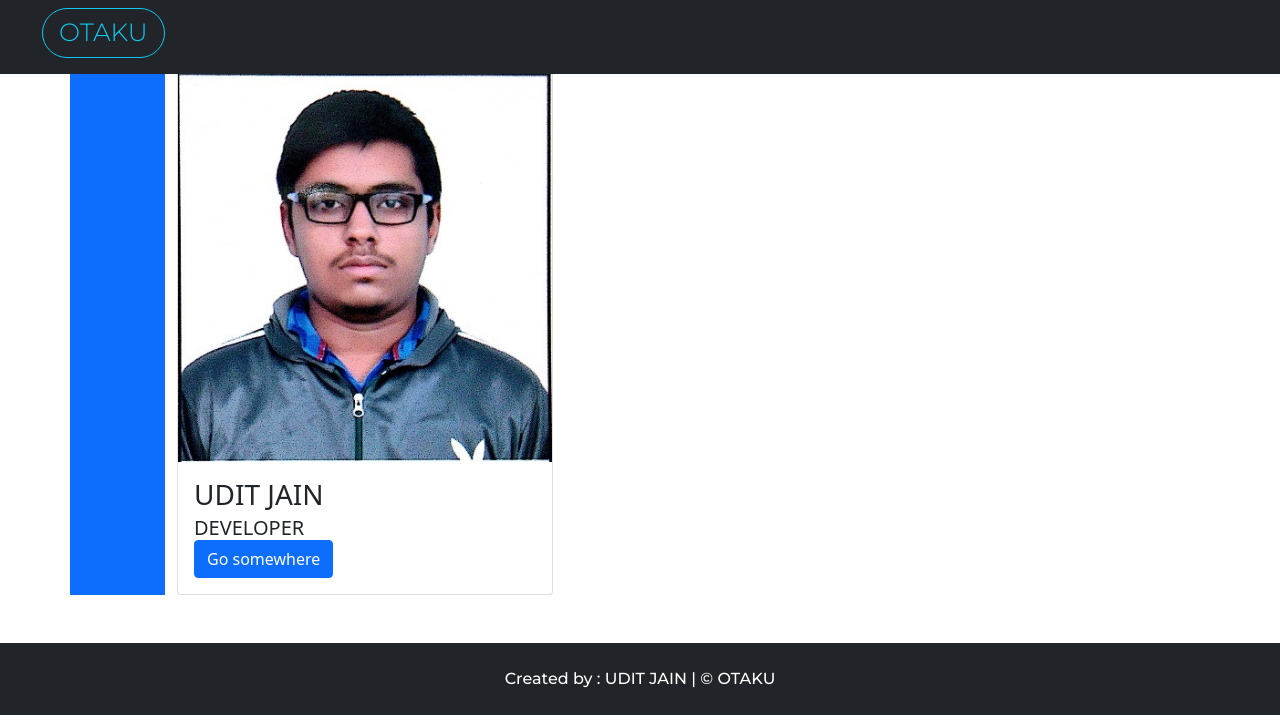
Repository: uditjain100/Responsive-Resume
Page: layouts/index.html
An editor plug-in stored every save of this project. The page is shown before and after the next save, followed by the edit.
The browser window is 1280 px wide. The pictures show the whole page.
Some web libraries are served in a nearby version.

Above is the page before, as saved 2021-03-01 13:42:12.

### layouts/index.html
<!DOCTYPE html>
<html lang="en">
  <head>
    <meta charset="UTF-8" />
    <meta http-equiv="X-UA-Compatible" content="IE=edge" />
    <meta name="viewport" content="width=device-width, initial-scale=1.0" />
    <title>Udit Jain</title>
    <link rel="stylesheet" href="app.css" />
    <link
      href="https://cdn.jsdelivr.net/npm/bootstrap@5.0.0-beta1/dist/css/bootstrap.min.css"
      rel="stylesheet"
      integrity="sha384-giJF6kkoqNQ00vy+HMDP7azOuL0xtbfIcaT9wjKHr8RbDVddVHyTfAAsrekwKmP1"
      crossorigin="anonymous"
    />

    <link rel="preconnect" href="https://fonts.gstatic.com" />
    <link
      href="https://fonts.googleapis.com/css2?family=Montserrat:wght@300;500&display=swap"
      rel="stylesheet"
    />
    <link
      href="https://fonts.googleapis.com/css2?family=Roboto+Slab:wght@300&display=swap"
      rel="stylesheet"
    />
    <link
      href="https://fonts.googleapis.com/css2?family=Spartan:wght@500&display=swap"
      rel="stylesheet"
    />
    <link
      href="https://fonts.googleapis.com/css2?family=Red+Hat+Display&display=swap"
      rel="stylesheet"
    />
    <link
      href="https://fonts.googleapis.com/css2?family=Ubuntu:wght@300&display=swap"
      rel="stylesheet"
    />
    <link
      href="https://fonts.googleapis.com/css2?family=Quicksand:wght@700&display=swap"
      rel="stylesheet"
    />
    <link
      href="https://fonts.googleapis.com/css2?family=Nunito&display=swap"
      rel="stylesheet"
    />
  </head>
  <body>
    <header class="header">
      <nav class="navbar navbar-expand-lg navbar-light bg-dark pb-3 fixed-top">
        <div class="container-fluid">
          <a
            id="navtitle"
            class="navbar-brand text-info px-3 rounded-pill border border-info"
            href="#"
            >OTAKU</a
          >
        </div>
      </nav>
    </header>

    <div class="container">
      <div id="wholewindow" class="row">
        <div class="col-1 bg-primary"></div>
        <div id="leftwindow" class="col-5">
          <div class="card col-10">
            <img src="profile.jpg" class="card-img-top" alt="..." />
            <div class="card-body">
              <h3 class="card-title">UDIT JAIN</h5>
                <h5 class="card-subtitle"> DEVELOPER </h5>
              <a href="#" class="btn btn-primary">Go somewhere</a>
            </div>
          </div>
        </div>
        <div id="rightwindow" class="col-6"></div>
      </div>
    </div>

    <footer class="footer bg-dark mt-5 py-4">
      <div class="container">
        <span class="" style="text-align: center"
          >Created by : UDIT JAIN | &copy; OTAKU</span
        >
      </div>
    </footer>

    <script
      src="https://cdn.jsdelivr.net/npm/@popperjs/core@2.6.0/dist/umd/popper.min.js"
      integrity="sha384-KsvD1yqQ1/1+IA7gi3P0tyJcT3vR+NdBTt13hSJ2lnve8agRGXTTyNaBYmCR/Nwi"
      crossorigin="anonymous"
    ></script>
    <script
      src="https://cdn.jsdelivr.net/npm/bootstrap@5.0.0-beta2/dist/js/bootstrap.min.js"
      integrity="sha384-nsg8ua9HAw1y0W1btsyWgBklPnCUAFLuTMS2G72MMONqmOymq585AcH49TLBQObG"
      crossorigin="anonymous"
    ></script>

    <script src="https://cdnjs.cloudflare.com/ajax/libs/typed.js/2.0.11/typed.min.js"></script>

    <script src="app.js"></script>
  </body>
</html>

### layouts/app.css
/* * Common Section */

@keyframes transitionIn {
  from {
    opacity: 0;
    transform: rotateY(-10deg);
  }
  to {
    opacity: 1;
    transform: rotateY(0);
  }
}

html {
  animation: transitionIn 1s;
}

/* * Navbar Section */

#navtitle {
  font-family: "Montserrat";
  font-size: 25px;
  font-weight: 300;
  margin-left: 30px;
}

#navlist li {
  font-family: "Montserrat";
  font-weight: 200;
  margin: 10px;
  padding: 10px;
  font-size: 20px;
  transition: 0.1s;
  display: flex;
  flex-direction: column-reverse;
  align-items: center;
}

#navlist li img {
  width: 30px;
  display: none;
  height: 30px;
  margin: 5px;
  border-radius: 50%;
}

#navlist li:hover {
  font-weight: 500;
  border-bottom-left-radius: 10%;
  border-bottom-right-radius: 10%;
  border-bottom: 2px white solid;
}

@media (max-width: 993px) {
  #navlist li img {
    display: flex;
    background-color: grey;
  }
}

/*  ********************* resume work */

#wholewindow {
  margin-top: 70px;
}

/* * Common Section */

.footer {
  position: -webkit-sticky;
  left: 0;
  bottom: 0;
  width: 100%;
  color: white;
  text-align: center;
  font-family: "Montserrat";
}

Loaded but not shown: layouts/app.js (no copy from this time; the picture is the same without it)

After the next save:
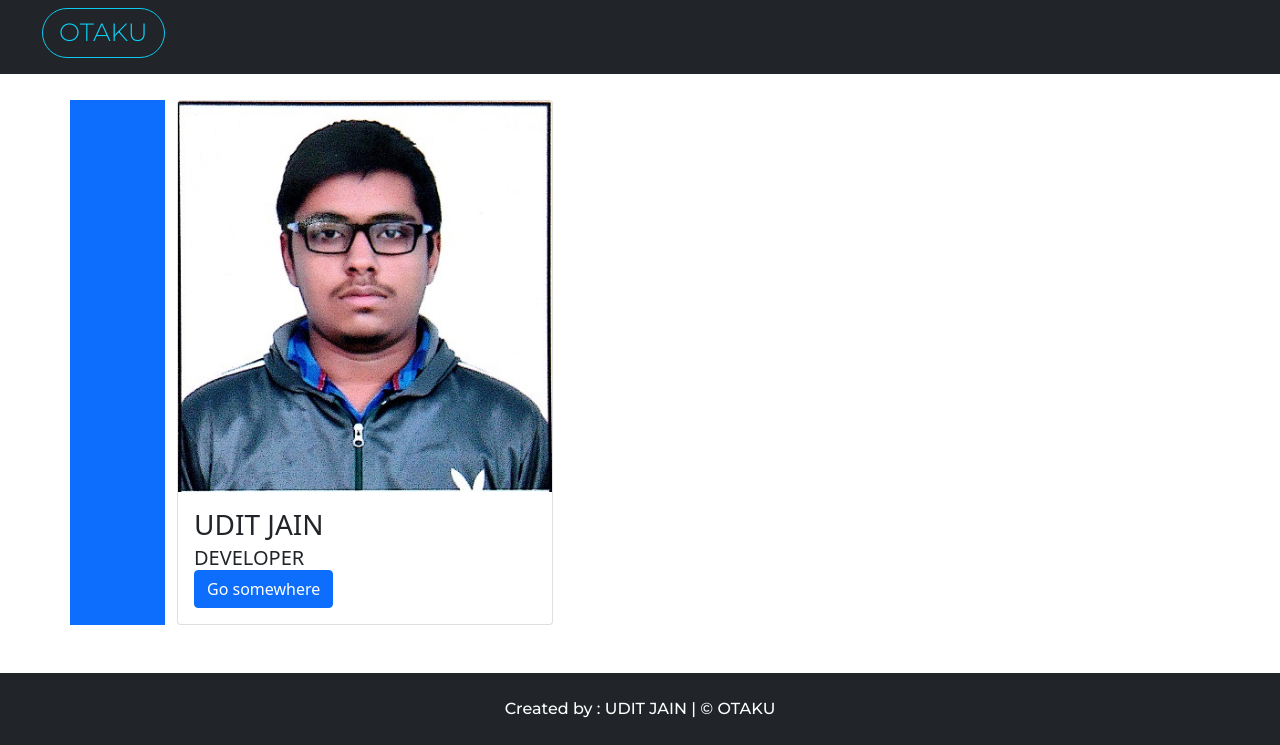
Saved 5 s later.
--- a/layouts/app.css
+++ b/layouts/app.css
@@ -61,7 +61,7 @@ html {
 /*  ********************* resume work */
 
 #wholewindow {
-  margin-top: 70px;
+  margin-top: 100px;
 }
 
 /* * Common Section */
